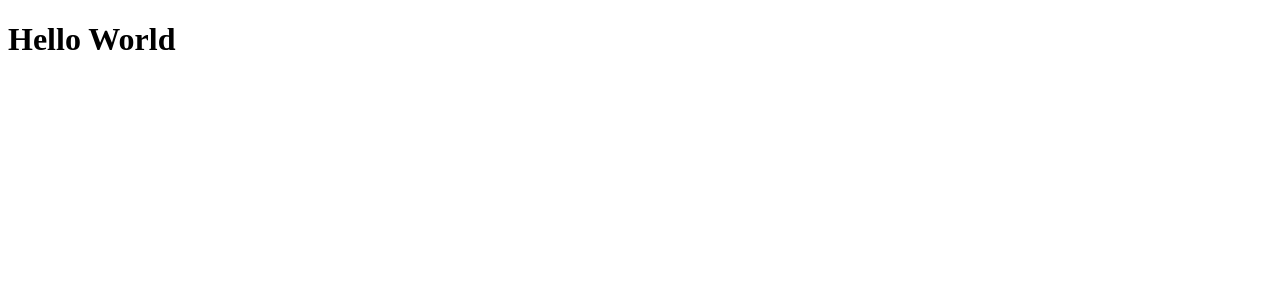
Repository: CarmenFerlatte/demoGitHub
Page: index.html
These files come from the project's save history. The page is drawn as it stood at one moment and after a run of saves; the edit follows.
The browser window is 1280 px wide. The pictures show the whole page.

Above is the page before, as saved 2024-07-08 20:40:53.

After the next 4 saves:
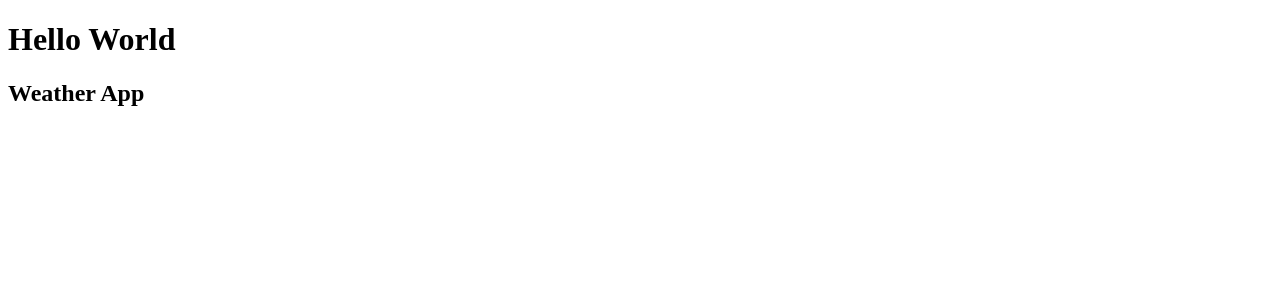
The 4 saves are shown as one change because they came seconds apart.
The last was saved 2 min 41 s later.
--- a/index.html
+++ b/index.html
@@ -13,5 +13,6 @@
   </head>
   <body>
     <h1>Hello World</h1>
+    <h2>Weather App</h2>
   </body>
 </html>
